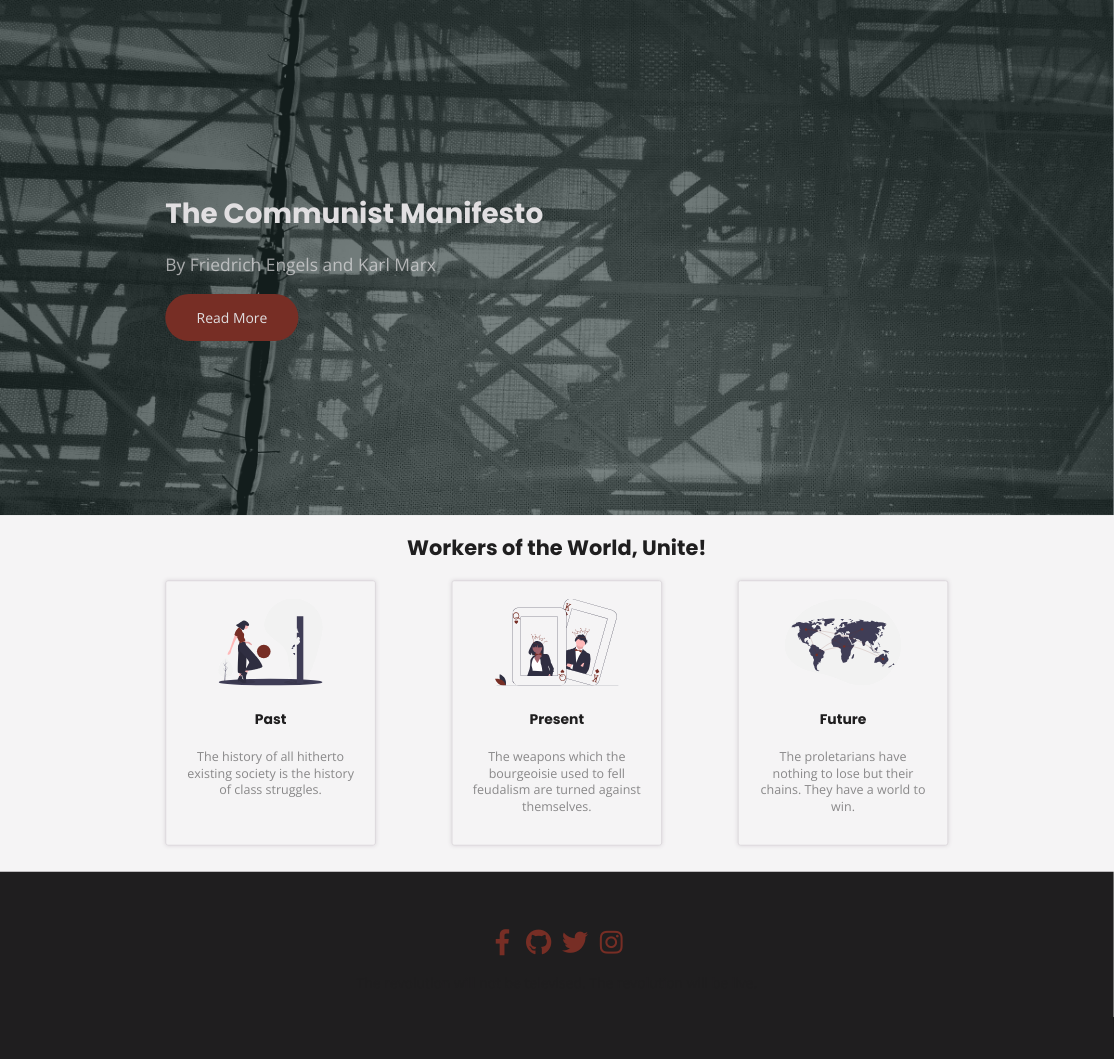
Repository: eaang/landing
Page: index.html
These files come from the project's save history. The page is drawn as it stood at one moment and after the next save; the edit follows.
The browser window is 1280 px wide. The pictures show the whole page, at 87% of full size.
Some web libraries are served in a nearby version.

Above is the page before, as saved 2020-06-10 16:35:08.

### index.html
<!DOCTYPE html>
<html>
  <head>
    <meta charset="UTF-8" />
    <title>The Communist Manifesto</title>
    <link rel="shortcut icon" href="data:[embedded picture, 18 characters]" type="image/x-icon" />
    <!-- We need this line below for responsiveness! -->
    <meta name="viewport" content="width=device-width, initial-scale=1" />
    <link rel="stylesheet" href="css/style.css" />
  </head>
  <body>
    <!-- code a Hero / Banner section -->
    <div class="banner">
      <div class="container">
        <h1>The Communist Manifesto</h1>
        <p>By Friedrich Engels and Karl Marx</p>
        <a class="btn-primary" href="#">Read More</a>
      </div>
    </div>
    <!-- code a "How it works" section -->
    <div class="container">
      <h2 class="text-center">Workers of the World, Unite!</h2>
      <div class="cards">
        <div class="card">
          <img src="images/struggle.svg" alt="" />
          <h4>Past</h4>
          <p>
            The history of all hitherto existing society is the history of class
            struggles.
          </p>
        </div>

        <div class="card">
          <img src="images/feudal.svg" alt="" />
          <h4>Present</h4>
          <p>
            The weapons which the bourgeoisie used to fell feudalism are turned
            against themselves.
          </p>
        </div>

        <div class="card">
          <img src="images/future.svg" alt="" />
          <h4>Future</h4>
          <p>
            The proletarians have nothing to lose but their chains. They have a
            world to win.
          </p>
        </div>
      </div>
    </div>
    <!-- code a footer -->
    <div class="footer">
      <div class="links">
        <a href="#"><i class="fab fa-fw fa-facebook-f"></i></a>
        <a href="#"><i class="fab fa-fw fa-github"></i></a>
        <a href="#"><i class="fab fa-fw fa-twitter"></i></a>
        <a href="#"><i class="fab fa-fw fa-instagram"></i></a>
        <p>
          The revolution will not be televised. The revolution will be live.
        </p>
      </div>
    </div>
  </body>
</html>

### css/style.css
/* Fonts */
@import url("https://fonts.googleapis.com/css?family=Open+Sans:400,700|Poppins:700");

/* Fontawesome */
@import url("https://use.fontawesome.com/releases/v5.6.3/css/all.css");

/* Utilities */
body {
  margin: 0;
  font-family: Open Sans;
  background-color: #f5f4f5;
  color: #1f1e1f;
}

h1,
h2,
h3,
h4 {
  font-family: Poppins;
}

a {
  text-decoration: none;
}

.text-center {
  text-align: center;
}
/* Custom design below! */
.container {
  width: 900px;
  margin: auto;
}

/* Banner design */
.banner:before {
  content: " ";
  display: block;
  position: absolute;
  left: 0;
  top: 0;
  width: 100%;
  height: 100%;
  z-index: 1;
  opacity: 0.4;
  background-image: url("../images/background.jpg");
  background-repeat: no-repeat;
  background-position: 50% 0;
  -ms-background-size: cover;
  -o-background-size: cover;
  -moz-background-size: cover;
  -webkit-background-size: cover;
  background-size: cover;
}
.banner {
  position: relative;
  background: #203130;
  overflow: hidden;
  padding: 200px 0;
}
.banner h1 {
  position: relative;
  z-index: 2;
  color: #e1dfe1;
}
.banner p {
  position: relative;
  z-index: 2;
  color: #e1dfe1;
  opacity: 0.7;
  font-size: 20px;
}
.btn-primary {
  position: relative;
  z-index: 2;
  display: inline-block;
  background-color: #772e25;
  padding: 16px 36px;
  border-radius: 50px;
  color: #e1dfe1;
}

/* Cards design */
.cards {
  display: flex;
  justify-content: space-between;
  margin-bottom: 30px;
}
.card {
  width: 200px;
  border-radius: 3px;
  box-shadow: 0 0 5px rgb(216, 212, 216);
  text-align: center;
  padding: 20px;
  border: 1px solid rgb(216, 212, 216);
}
.card img {
  height: 100px;
}
.card p {
  opacity: 0.5;
  font-size: 0.9em;
}

/* Footer design */
.footer {
  text-align: center;
  padding: 60px;
  background-color: #1f1e1f;
}
.footer a {
  font-size: 30px;
  color: #772e25;
}

After the next save:
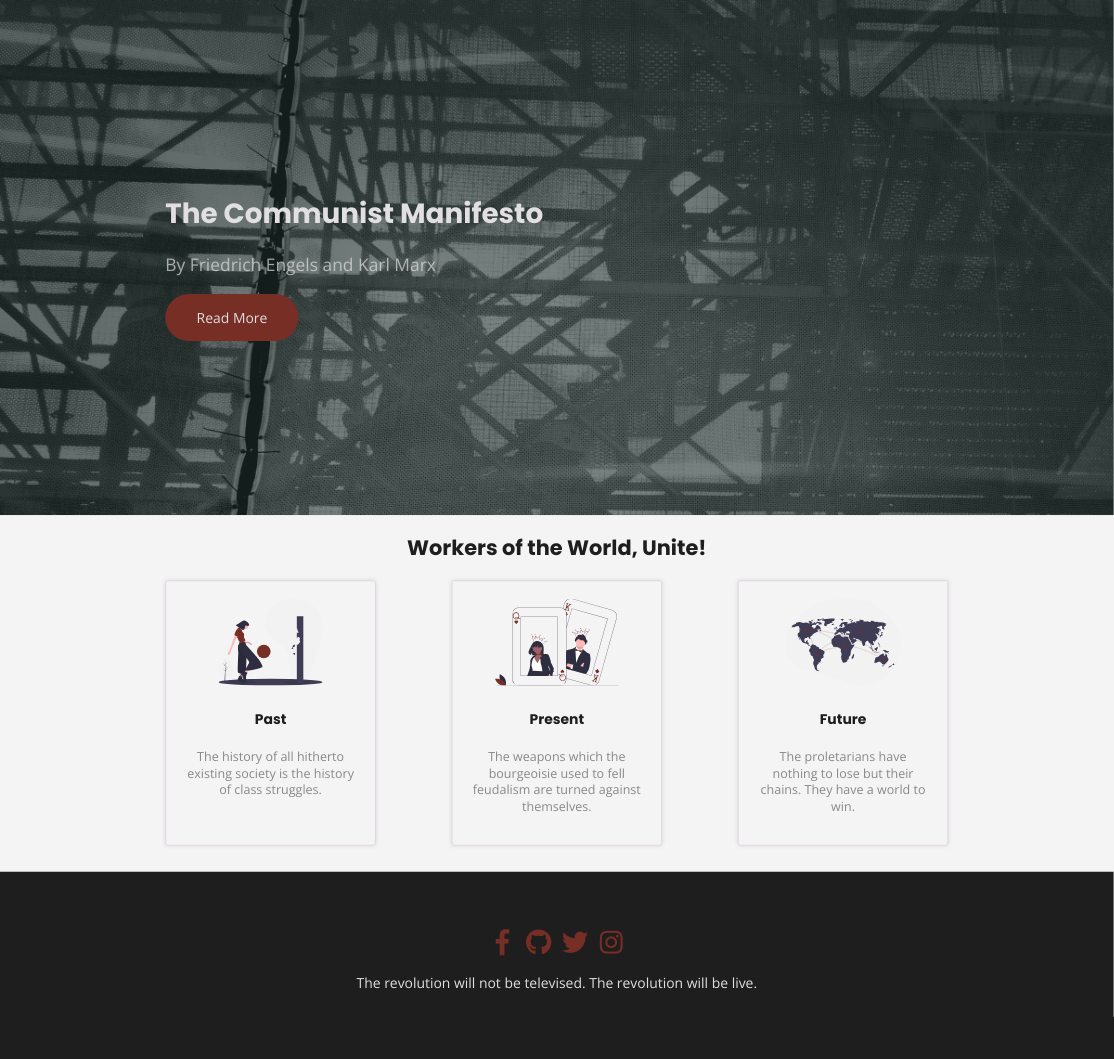
Saved 24 s later.
--- a/css/style.css
+++ b/css/style.css
@@ -112,3 +112,6 @@ a {
   font-size: 30px;
   color: #772e25;
 }
+.footer p {
+	color: #e1dfe1;
+}
